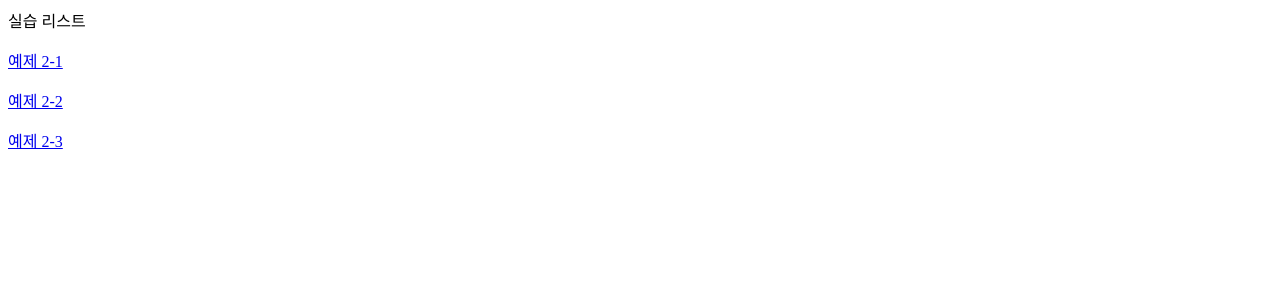
Repository: yeom724/JSP_test
Page: http://localhost/jspbook/
These files come from the project's save history. The page is drawn as it stood at one moment and after the next save; the edit follows.
The browser window is 1280 px wide. The pictures show the whole page.
The page is served by Tomcat 9. Other server files are loaded and not shown.

Above is the page before, as saved 2024-10-08 01:21:17.

### jspbook/src/main/webapp/index.jsp
<%@ page language="java" contentType="text/html; charset=UTF-8"
    pageEncoding="UTF-8"%>
<!DOCTYPE html>
<html>
<head>
<meta charset="UTF-8">
<title>Insert title here</title>
</head>
<body>
	실습 리스트
	<p><a href="ex2-1">예제 2-1</a></p>
	<p><a href="ex2-2">예제 2-2</a></p>
	<p><a href="ex2-3">예제 2-3</a></p>
</body>
</html>

After the next save:
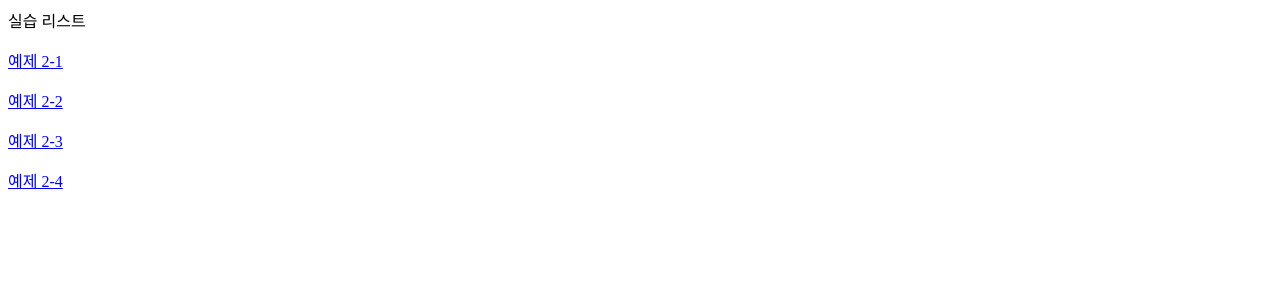
Saved 2 min 56 s later.
--- a/jspbook/src/main/webapp/index.jsp
+++ b/jspbook/src/main/webapp/index.jsp
@@ -11,5 +11,6 @@
 	<p><a href="ex2-1">예제 2-1</a></p>
 	<p><a href="ex2-2">예제 2-2</a></p>
 	<p><a href="ex2-3">예제 2-3</a></p>
+	<p><a href="ex2-4">예제 2-4</a></p>
 </body>
 </html>
